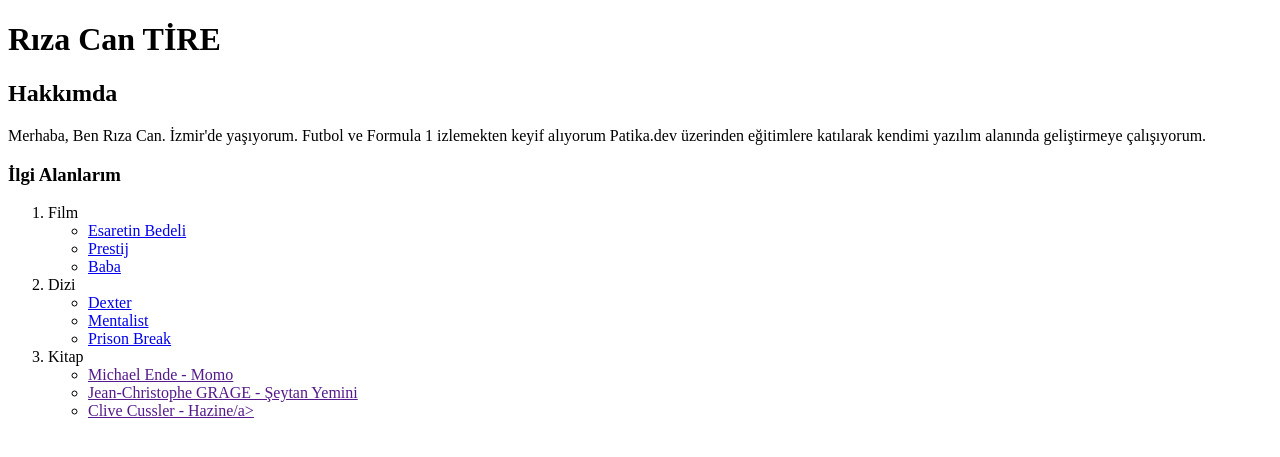
Repository: rizacantire/html
Page: Odev2/index.html
These files come from the project's save history. The page is drawn as it stood at one moment and after the next save; the edit follows.
The browser window is 1280 px wide. The pictures show the whole page.

Above is the page before, as saved 2021-12-06 23:21:16.

After the next save:
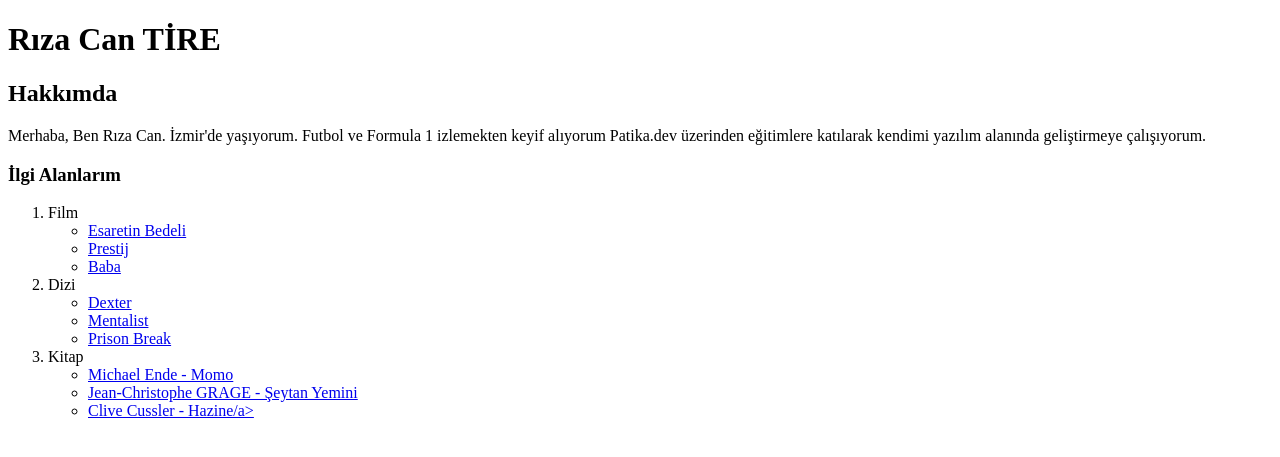
Saved 69 s later.
--- a/Odev2/index.html
+++ b/Odev2/index.html
@@ -39,9 +39,9 @@
         <li>
           Kitap
           <ul>
-            <li><a href="">Michael Ende - Momo</a></li>
-            <li><a href="">Jean-Christophe GRAGE - Şeytan Yemini</a></li>
-            <li><a href="">Clive Cussler - Hazine/a></li>
+            <li><a href="https://www.goodreads.com/book/show/68811.Momo">Michael Ende - Momo</a></li>
+            <li><a href="https://www.goodreads.com/book/show/10258303-eytan-yemini">Jean-Christophe GRAGE - Şeytan Yemini</a></li>
+            <li><a href="https://www.goodreads.com/book/show/22172558-hazine">Clive Cussler - Hazine/a></li>
           </ul>
         </li>
       </ol>
